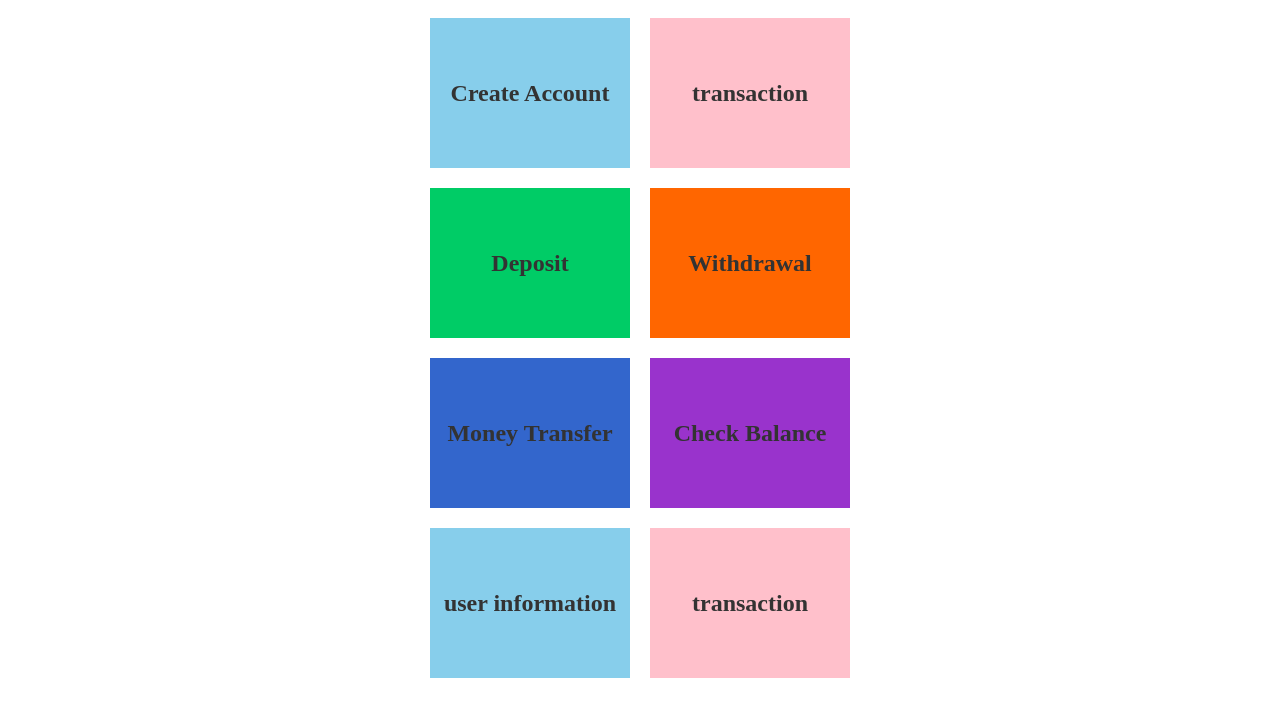
Repository: HT13M19/kuldeep
Page: GGGG/Demo2/src/main/webapp/midden.html
These files come from the project's save history. The page is drawn as it stood at one moment and after the next save; the edit follows.
The browser window is 1280 px wide. The pictures show the whole page.

Above is the page before, as saved 2023-09-22 16:33:20.

After the next save:
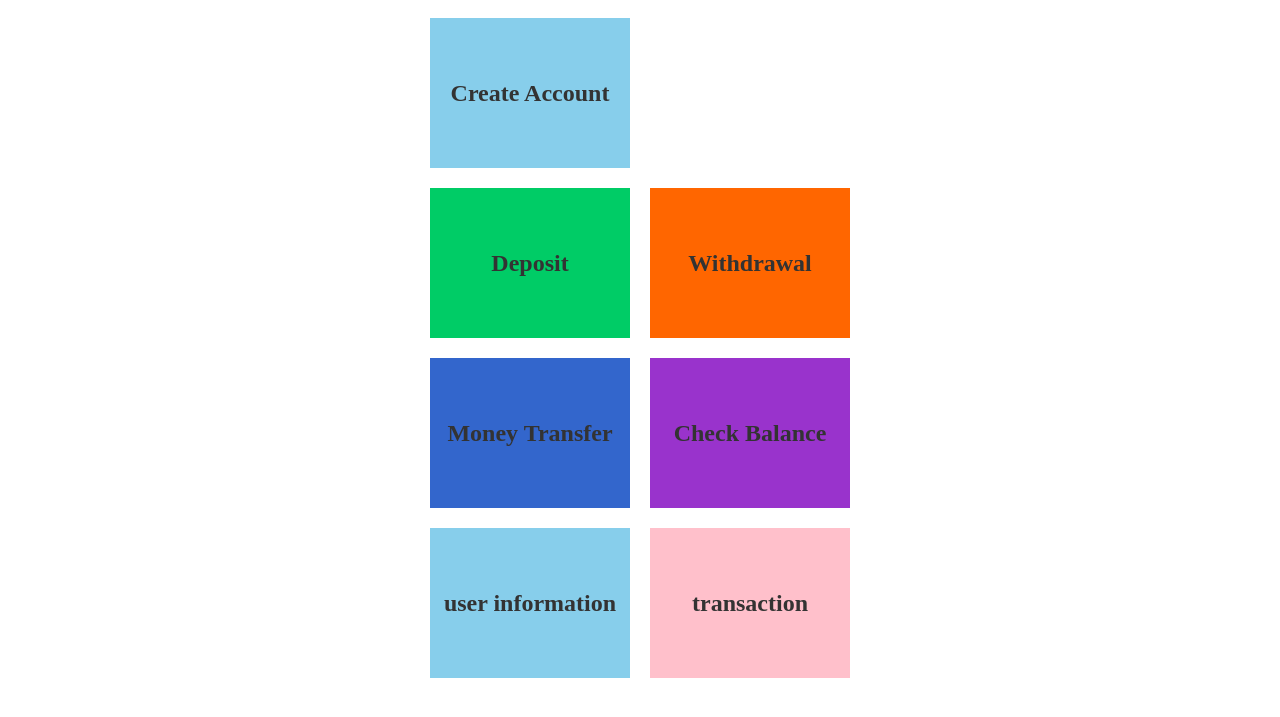
Saved 10 s later.
--- a/GGGG/Demo2/src/main/webapp/midden.html
+++ b/GGGG/Demo2/src/main/webapp/midden.html
@@ -45,7 +45,6 @@
 <body>
 	<div class="container">
 		<a href="CreateAccount.jsp" class="box User">Create Account</a>
-		<a href="#" class="box transaction">transaction</a>
 	</div>
 	<div class="container">
 		<a href="Deposit.jsp" class="box deposit">Deposit</a>
